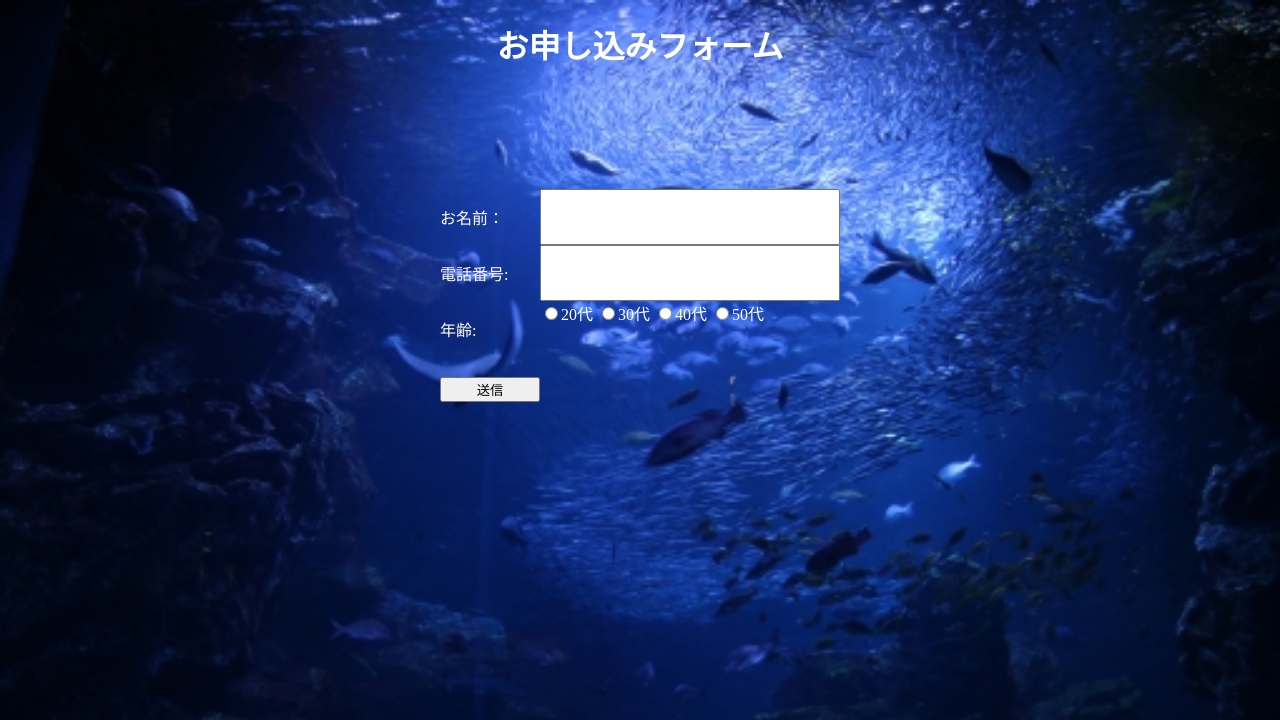
Repository: hikidayuki/samurai_HTML-CSS
Page: garvvage.html
The author's editor kept a record of every edit. The page is drawn from the files as they stood at one moment, then again after the next edit.
The browser window is 1280 px wide. The pictures show the whole page.

Above is the page before.

After the next edit:
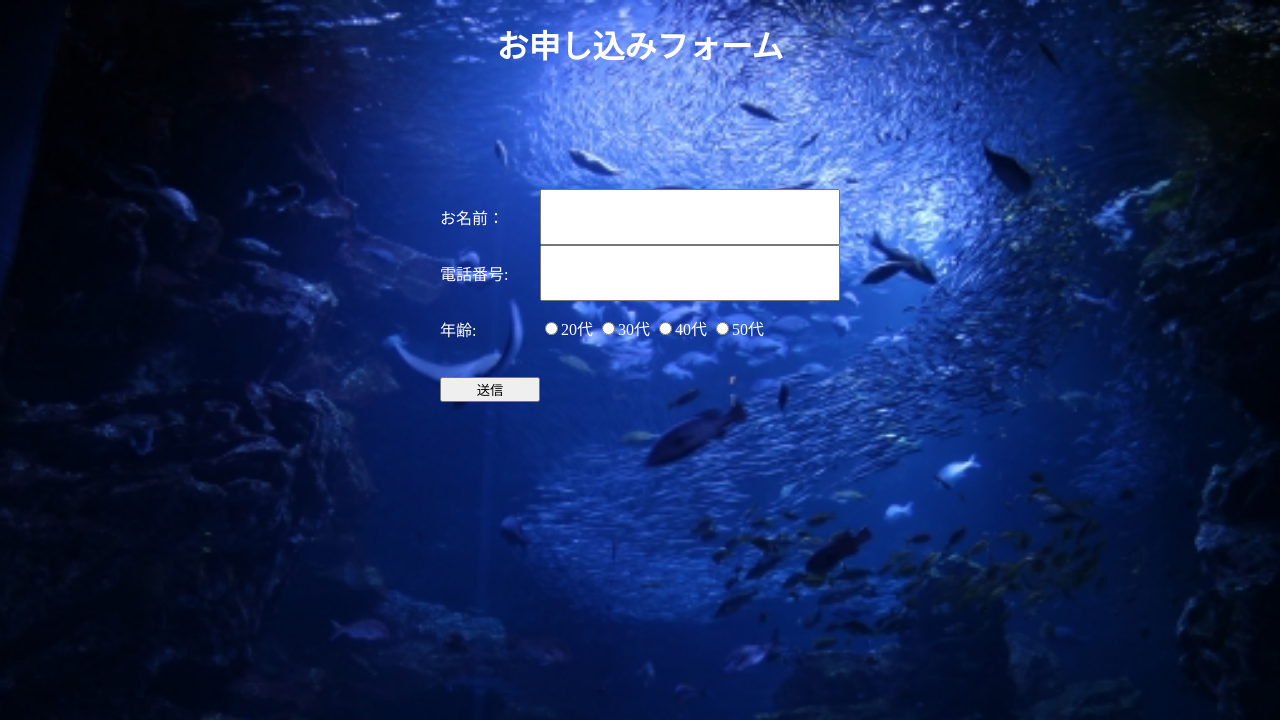
The edit:
--- a/trush.css
+++ b/trush.css
@@ -41,7 +41,7 @@
 text-align:center;
 }
 
-#radio{
+#radio1{
 position:relative;
 top:15px;
 }
